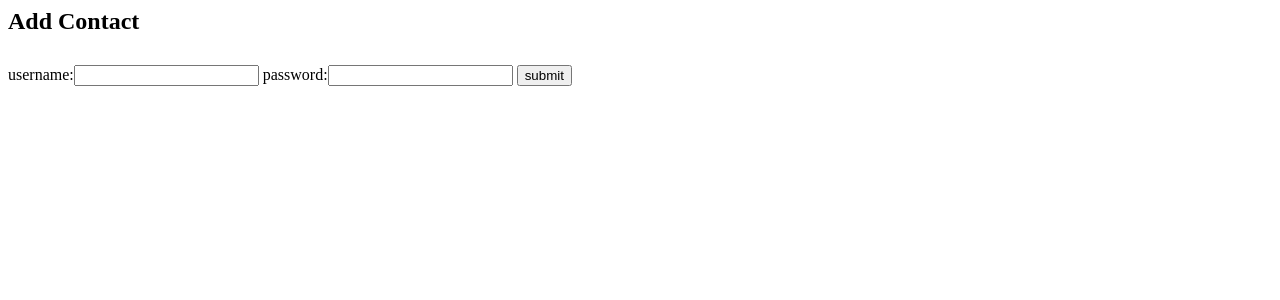
Repository: figo645/NewGenerationOA
Page: http://localhost/mavenweb/users/register.jsp
These files come from the project's save history. The page is drawn as it stood at one moment and after the next save; the edit follows.
The browser window is 1280 px wide. The pictures show the whole page.
The page is served by Tomcat 9. Nobody is signed in. The application's start-up code is not run. Other server files are loaded and not shown.

Above is the page before, as saved 2015-09-26 18:34:11.

### 3.implementtation/prototype_ws/mavenweb/src/main/webapp/users/register.jsp
<html>
<body>
	<h2>Add Contact</h2>
	<form method="post"
		action="<%=request.getContextPath()%>/contact/addsearch">
		<table>
			<tr>
				<td></td>
				<td></td>
			</tr>
			<tr>
				<td></td>
				<td></td>
			</tr>

		</table>

		username:<input type="text" name="username" id="username"> password:<input
			type="text" name="password" id="password"> <input type="submit"
			value="submit">
	</form>
</body>
</html>

After the next save:
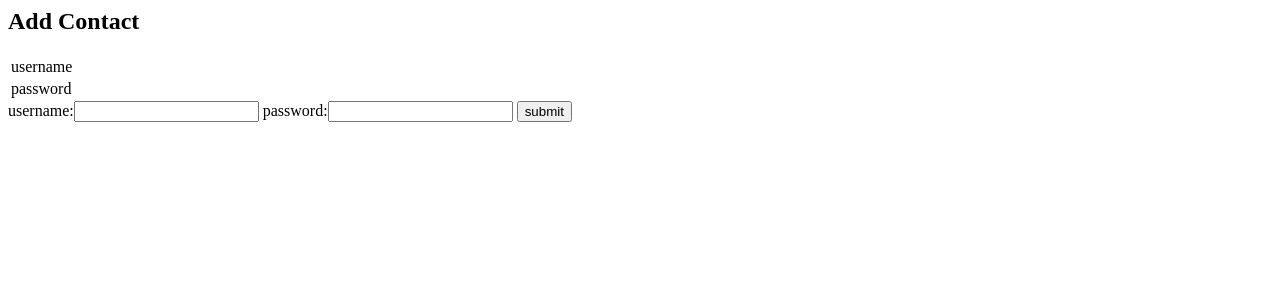
Saved 15 s later.
--- a/3.implementtation/prototype_ws/mavenweb/src/main/webapp/users/register.jsp
+++ b/3.implementtation/prototype_ws/mavenweb/src/main/webapp/users/register.jsp
@@ -5,11 +5,11 @@
 		action="<%=request.getContextPath()%>/contact/addsearch">
 		<table>
 			<tr>
-				<td></td>
+				<td>username</td>
 				<td></td>
 			</tr>
 			<tr>
-				<td></td>
+				<td>password</td>
 				<td></td>
 			</tr>
 
